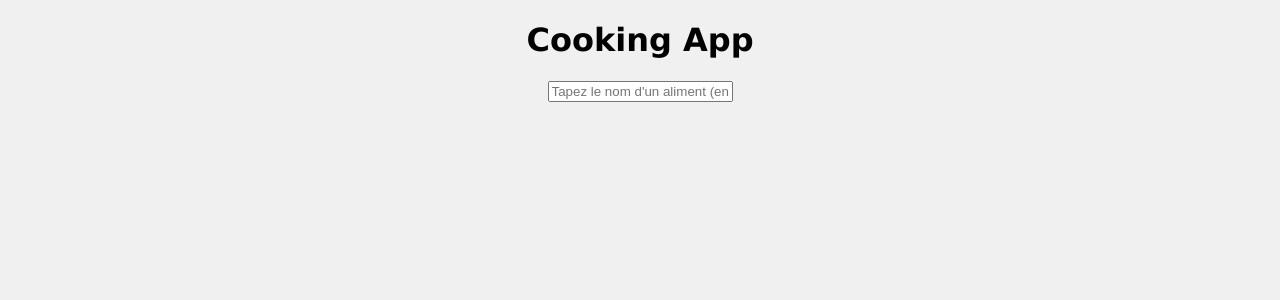
Repository: MaxLeBaboul/cooking-app
Page: /
These files come from the project's save history. The page is drawn as it stood at one moment and after the next save; the edit follows.
The browser window is 1280 px wide. The pictures show the whole page.
The page's requests for data from a server got no answer. The project was rebuilt for these pictures with package versions that can differ from the ones it lists, and the page was loaded fresh each time. No one was signed in, and anything a server would have sent is missing. Also part of the build but not shown: src/components/Card.jsx.

Above is the page before, as saved 2023-09-09 06:04:41.

After the next save:
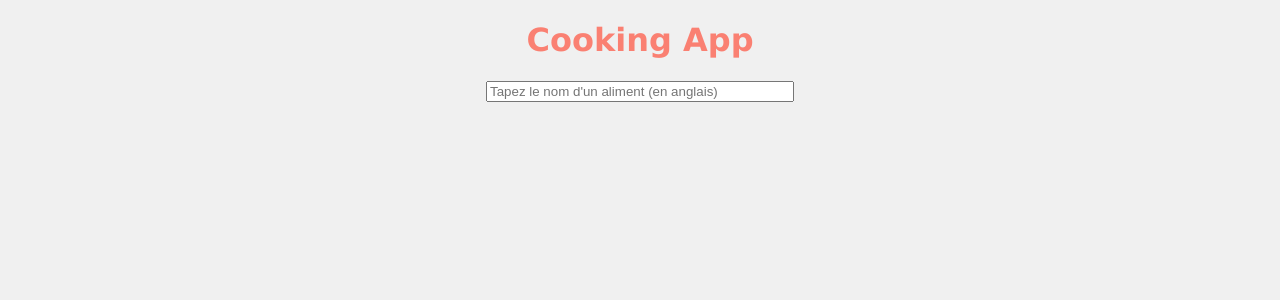
Saved 54 s later.
--- a/src/index.css
+++ b/src/index.css
@@ -8,3 +8,9 @@ body {
   text-align: center;
   background: rgb(240, 240, 240);
 }
+h1 {
+  color: salmon;
+}
+input {
+  width: 300px;
+}
